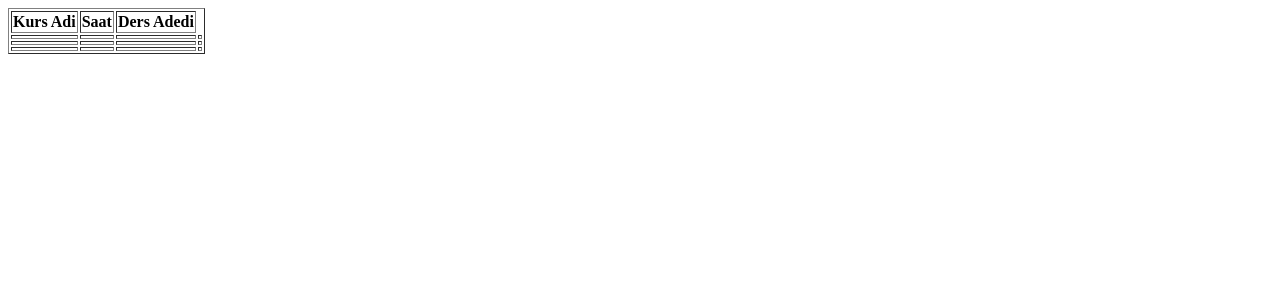
Repository: sammkrt/git101
Page: html-css-TrainingMyself/tables.html
These files come from the project's save history. The page is drawn as it stood at one moment and after the next save; the edit follows.
The browser window is 1280 px wide. The pictures show the whole page.

Above is the page before, as saved 2022-12-22 13:09:48.

### html-css-TrainingMyself/tables.html
<!DOCTYPE html>
<html lang="en">
<head>
    <meta charset="UTF-8">
    <meta http-equiv="X-UA-Compatible" content="IE=edge">
    <meta name="viewport" content="width=device-width, initial-scale=1.0">
    <title>Tablolar</title>
</head>
<body>
    <table border="1">

        <tr>
            <th>Kurs Adi</th>
            <th>Saat</th>
            <th>Ders Adedi</th>
        </tr>

        <!--table row-->
        <tr>
                <!--table data-->
                <td></td>
                <td></td>
                <td></td>
                <td></td>
        </tr>
        <tr>
            <!--table data-->
            <td></td>
            <td></td>
            <td></td>
            <td></td>
        </tr>
        <tr>
            <!--table data-->
            <td></td>
            <td></td>
            <td></td>
            <td></td>
        </tr>

    </table>
</body>
</html>

After the next save:
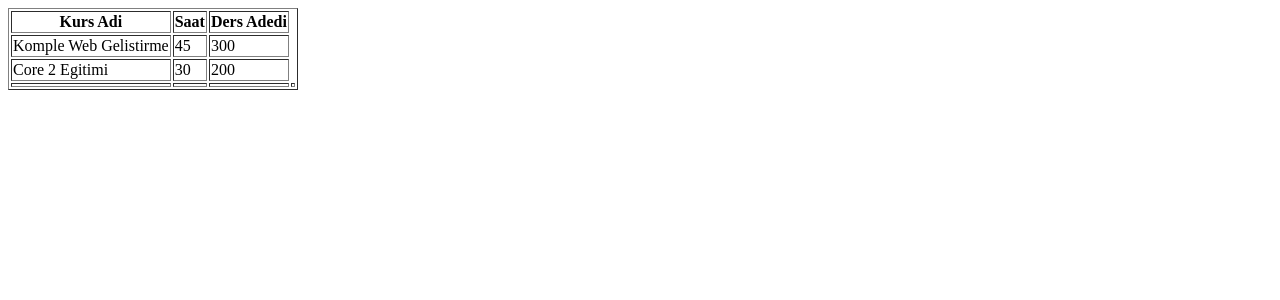
Saved 48 s later.
--- a/html-css-TrainingMyself/tables.html
+++ b/html-css-TrainingMyself/tables.html
@@ -18,17 +18,15 @@
         <!--table row-->
         <tr>
                 <!--table data-->
-                <td></td>
-                <td></td>
-                <td></td>
-                <td></td>
+                <td>Komple Web Gelistirme</td>
+                <td>45</td>
+                <td>300</td>
         </tr>
         <tr>
             <!--table data-->
-            <td></td>
-            <td></td>
-            <td></td>
-            <td></td>
+            <td>Core 2 Egitimi</td>
+            <td>30</td>
+            <td>200</td>
         </tr>
         <tr>
             <!--table data-->
